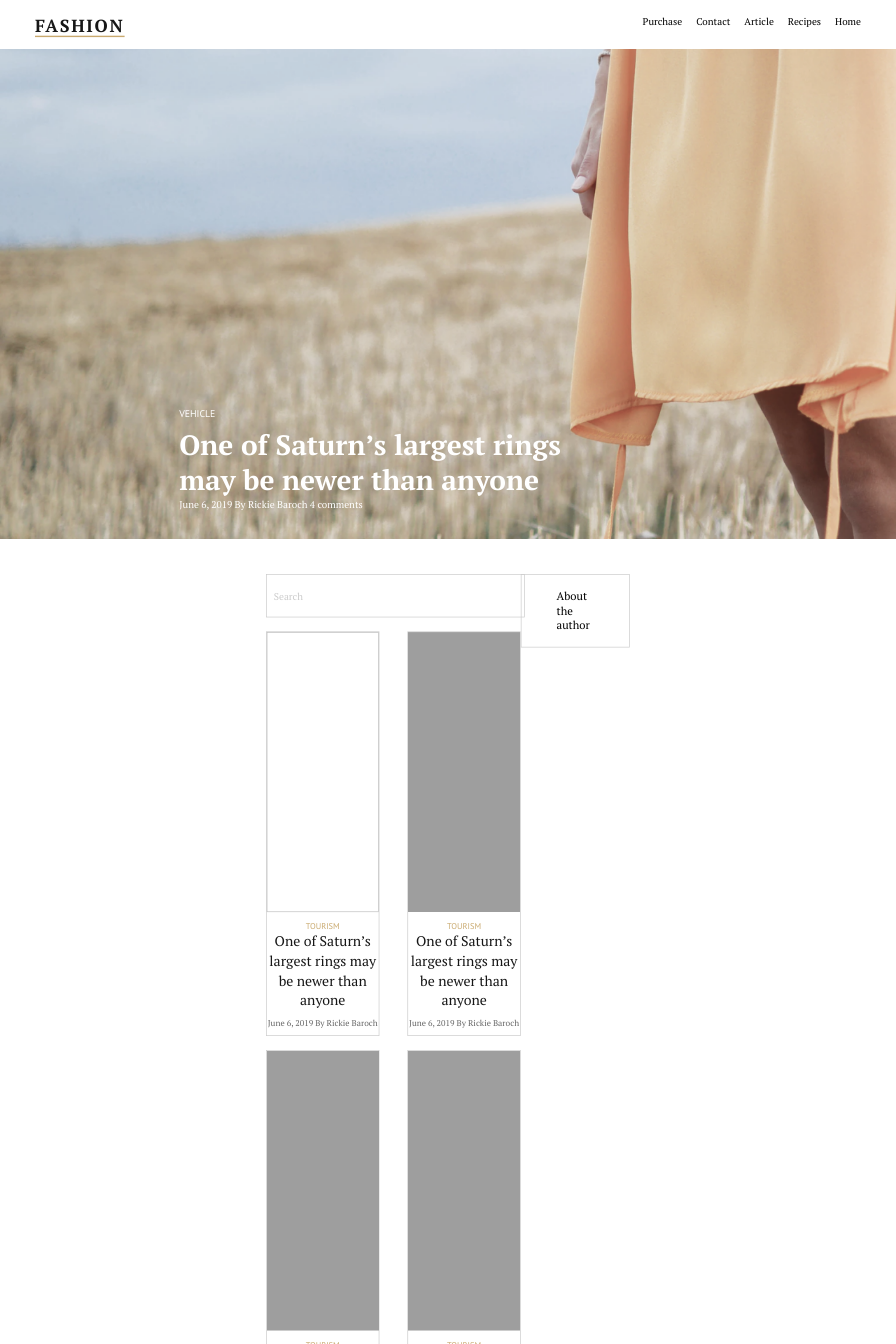
Repository: ThanhHien65/CIJS75
Page: / (app in REACTJS-FashionBlog/fashionblog/)
An editor plug-in stored every save of this project. The page is shown before and after a run of saves, followed by the edit.
The browser window is 1280 px wide. The pictures show the part of the page from y = 0 to 1920 px (the page is 2726 px tall), at 70% of full size.
Pictures or frames that could not be fetched are drawn as grey boxes. The project was rebuilt for these pictures with package versions that can differ from the ones it lists, and the page was loaded fresh each time.

Above is the page before, as saved 2022-06-24 13:30:28.

### REACTJS-FashionBlog/fashionblog/src/App.js
import logo from "./logo.svg";
import "./App.css";
import Header from "./component/header/Header";
import Body from "./component/body/Body";
function App() {
  return (
    <div className="App">
      <header className="App-header">
        <Header></Header>
      </header>
      <div className="body">
        <Body></Body>
      </div>
    </div>
  );
}

export default App;

### REACTJS-FashionBlog/fashionblog/src/App.css
@import url("https://fonts.googleapis.com/css2?family=Lato:wght@300;400;700&family=PT+Serif:ital,wght@0,400;0,700;1,400;1,700&family=Poppins:ital,wght@0,300;0,400;0,500;0,700;1,300;1,600&display=swap");
@import url("https://fonts.googleapis.com/css2?family=Lato:wght@300;400;700&family=PT+Sans:ital,wght@0,400;0,700;1,400&family=PT+Serif:ital,wght@0,400;0,700;1,400;1,700&family=Poppins:ital,wght@0,300;0,400;0,500;0,700;1,300;1,600&display=swap");
* {
  margin: 0;
  padding: 0;
  font-size: 10px;
  box-sizing: border-box;
}
.headerFashion {
  font-family: "PT Serif";
  font-style: normal;
  font-weight: 700;
  font-size: 2.5rem;
  line-height: 3.3rem;
  letter-spacing: 0.25rem;
  text-transform: uppercase;
  float: left;
  color: #171717;
  position: absolute;
  margin: 2rem 5rem;
  cursor: pointer;
}
.headerFashion::after {
  content: "";
  position: absolute;
  background-color: #c9a96e;
  bottom: 0;
  left: 0;
  width: 100%;
  height: 0.2rem;
}
.headerItem li {
  float: right;
  display: inline-block;
  padding: 0 1rem;
  text-transform: capitalize;
  line-height: 6.2rem;
  font-family: "PT Serif";
  font-weight: 400;
  font-size: 1.4rem;
  cursor: pointer;
}
.headerItem li:first-child {
  padding-right: 5rem;
}
.headerItem li:hover {
  color: #c9a96e;
}
.headerBig {
  padding-bottom: 7rem;
}
.headerBanner {
  background-image: url(./image/imagebanner.png);
  width: 100%;
  height: 70rem;
  background-repeat: no-repeat;
  object-fit: contain;
  position: relative;
}
.bannercontent {
  position: absolute;
  top: calc(50% - 100px / 2 + 212px);
  left: 20%;
}
.bannerVehicle {
  font-family: "PT Sans";
  font-weight: 400;
  font-size: 1.4rem;
  line-height: 1.8rem;
  text-transform: uppercase;
  color: #ffffff;
  padding-bottom: 1rem;
}
.bannerslogan {
  height: 10rem;
  max-width: 60rem;
  font-family: "PT Serif";
  font-style: normal;
  font-weight: 700;
  font-size: 4rem;
  line-height: 5rem;
  color: #ffffff;
  padding-bottom: 1rem;
}
.bannertime {
  font-family: "PT Serif";
  font-style: normal;
  font-weight: 400;
  font-size: 1.4rem;
  line-height: 1.9rem;
  color: #ffffff;
}
.bodyContent {
  display: flex;
  padding: 5rem 38rem;
  justify-content: space-between;
}
.Contentleft {
  width: 70%;
}
.ContentSeach input {
  font-family: "PT Serif";
  width: 37rem;
  height: 6.2rem;
  border: 1px solid #cccccc;
  font-size: 1.4rem;
}
.ContentSeach input::placeholder {
  font-family: "PT Serif";
  color: #cccccc;
  position: absolute;
  top: 50%;
  transform: translateY(-50%);
  left: 1rem;
  font-size: 1.4rem;
}
.rightAbout {
  border: 1px solid #cccccc;
  padding: 2rem 5rem;
  font-family: "PT Serif";
  font-style: normal;
  font-weight: 400;
  font-size: 1.6rem;
  line-height: 2.1rem;
}
.ContentImage {
  display: flex;
  margin-top: 2rem;
  text-align: center;
}
.image_1 {
  width: 36.8rem;
  margin-right: 4rem;
  border: 1px solid #cccccc;
}
.imageFas img {
  width: 100%;
  height: 40rem;
  object-fit: cover;
}
.detailstour {
  font-family: "PT Sans";
  font-style: normal;
  font-weight: 400;
  font-size: 12px;
  line-height: 16px;
  color: #c9a96e;
  text-transform: uppercase;
  padding-top: 1rem;
}
.imagedetails h3 {
  font-family: "PT Serif";
  font-style: normal;
  font-weight: 400;
  font-size: 20px;
  line-height: 28px;
  text-align: center;
  color: #171717;
}
.detaildate {
  font-family: "PT Serif";
  font-style: normal;
  font-weight: 400;
  font-size: 12px;
  line-height: 16px;
  color: #666666;
  padding: 1rem 0;
}
.image_2 {
  width: 36.8rem;
  border: 1px solid #cccccc;
}

### REACTJS-FashionBlog/fashionblog/src/component/header/Header.js
import React from "react";
const Header = () => {
  return (
    <div className="header">
      <div className="headerBig">
        <div className="headerFashion">fashion</div>
        <ul className="headerItem">
          <li>home</li>
          <li>recipes</li>
          <li>article</li>
          <li>contact</li>
          <li>purchase</li>
        </ul>
      </div>
      <div className="headerBanner">
        <div className="bannercontent">
          <div className="bannerVehicle">vehicle</div>
          <h1 className="bannerslogan">
            One of Saturn’s largest rings may be newer than anyone
          </h1>
          <div className="bannertime">
            June 6, 2019 By Rickie Baroch 4 comments
          </div>
        </div>
      </div>
    </div>
  );
};

export default Header;

### REACTJS-FashionBlog/fashionblog/src/component/body/Body.js
import React from "react";
import bitmap from "../../image/Bitmap.png";
import { ImageInfo, Image } from "./info";
const Body = () => {
  return (
    <div className="bodyContent">
      <div className="Contentleft">
        <div className="ContentSeach">
          <input type="text" placeholder="Search" />
        </div>
        {ImageInfo.map((item, index) => {
          return (
            <Image
              key={index}
              tour={item.tour}
              details={item.details}
              date={item.date}
              image1={item.image1}
              image2={item.image2}
            ></Image>
          );
        })}
      </div>
      <div className="ContentRight">
        <div className="rightAbout">About the author</div>
      </div>
    </div>
  );
};

export default Body;

### REACTJS-FashionBlog/fashionblog/src/component/body/info.js
import { bitmap } from "../../image/Bitmap.png";
export const ImageInfo = [
  {
    image1: bitmap,
    image2:
      "https://images.unsplash.com/photo-1557777586-f6682739fcf3?ixlib=rb-1.2.1&ixid=MnwxMjA3fDB8MHxwaG90by1wYWdlfHx8fGVufDB8fHx8&auto=format&fit=crop&w=735&q=80",
    tour: "Tourism",
    details: "One of Saturn’s largest rings may be newer than anyone",
    date: "June 6, 2019 By Rickie Baroch",
  },
  {
    image1:
      "https://images.unsplash.com/photo-1539109136881-3be0616acf4b?ixlib=rb-1.2.1&ixid=MnwxMjA3fDB8MHxwaG90by1wYWdlfHx8fGVufDB8fHx8&auto=format&fit=crop&w=687&q=80",
    image2:
      "https://images.unsplash.com/photo-1529139574466-a303027c1d8b?ixlib=rb-1.2.1&ixid=MnwxMjA3fDB8MHxwaG90by1wYWdlfHx8fGVufDB8fHx8&auto=format&fit=crop&w=687&q=80",
    tour: "Tourism",
    details: "One of Saturn’s largest rings may be newer than anyone",
    date: "June 6, 2019 By Rickie Baroch",
  },
  {
    image1:
      "https://images.unsplash.com/photo-1515886657613-9f3515b0c78f?ixlib=rb-1.2.1&ixid=MnwxMjA3fDB8MHxwaG90by1wYWdlfHx8fGVufDB8fHx8&auto=format&fit=crop&w=720&q=80",
    image2:
      "https://images.unsplash.com/photo-1483985988355-763728e1935b?ixlib=rb-1.2.1&ixid=MnwxMjA3fDB8MHxwaG90by1wYWdlfHx8fGVufDB8fHx8&auto=format&fit=crop&w=870&q=80",
    tour: "Tourism",
    details: "One of Saturn’s largest rings may be newer than anyone",
    date: "June 6, 2019 By Rickie Baroch",
  },
];
export const Image = (props) => {
  return (
    <div className="ContentImage">
      <div className="image_1">
        <div className="imageFas">
          <img src={props.image1} alt="" />
        </div>
        <div className="imagedetails">
          <div className="detailstour">{props.tour}</div>
          <h3>{props.details}</h3>
          <div className="detaildate">{props.date}</div>
        </div>
      </div>
      <div className="image_2">
        <div className="imageFas">
          <img src={props.image2} alt="" />
        </div>
        <div className="imagedetails">
          <div className="detailstour">{props.tour}</div>
          <h3>{props.details}</h3>
          <div className="detaildate">{props.date}</div>
        </div>
      </div>
    </div>
  );
};

Loaded but not shown: REACTJS-FashionBlog/fashionblog/public/index.html (common file); REACTJS-FashionBlog/fashionblog/src/index.js (common file); REACTJS-FashionBlog/fashionblog/src/index.css (common file); REACTJS-FashionBlog/fashionblog/src/reportWebVitals.js (common file)

After the next 2 saves:
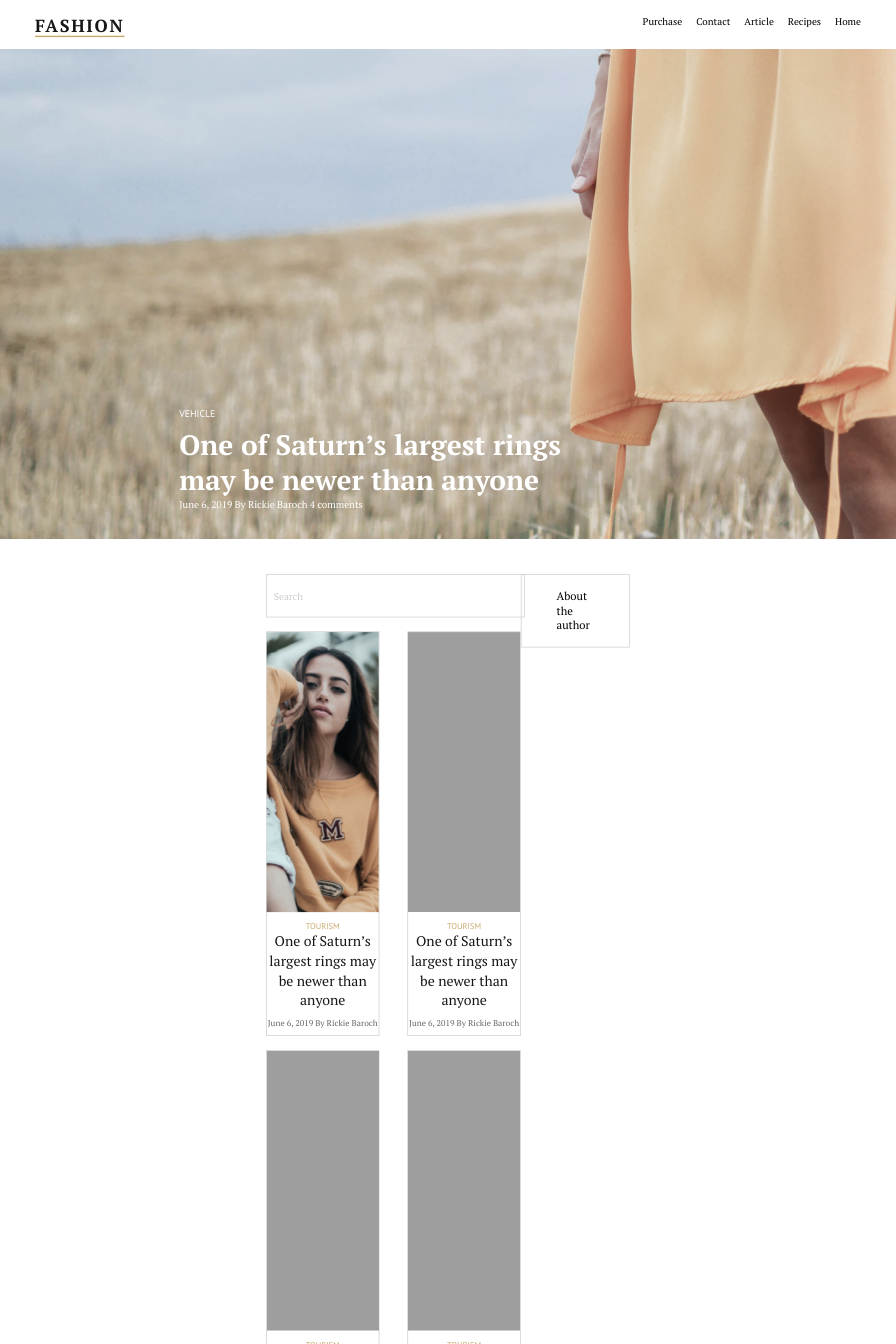
The 2 saves are shown as one change because 1 did not build or start.
The last was saved 6 s later.
--- a/REACTJS-FashionBlog/fashionblog/src/component/body/info.js
+++ b/REACTJS-FashionBlog/fashionblog/src/component/body/info.js
@@ -1,4 +1,4 @@
-import { bitmap } from "../../image/Bitmap.png";
+import bitmap from "../../image/Bitmap.png";
 export const ImageInfo = [
   {
     image1: bitmap,
